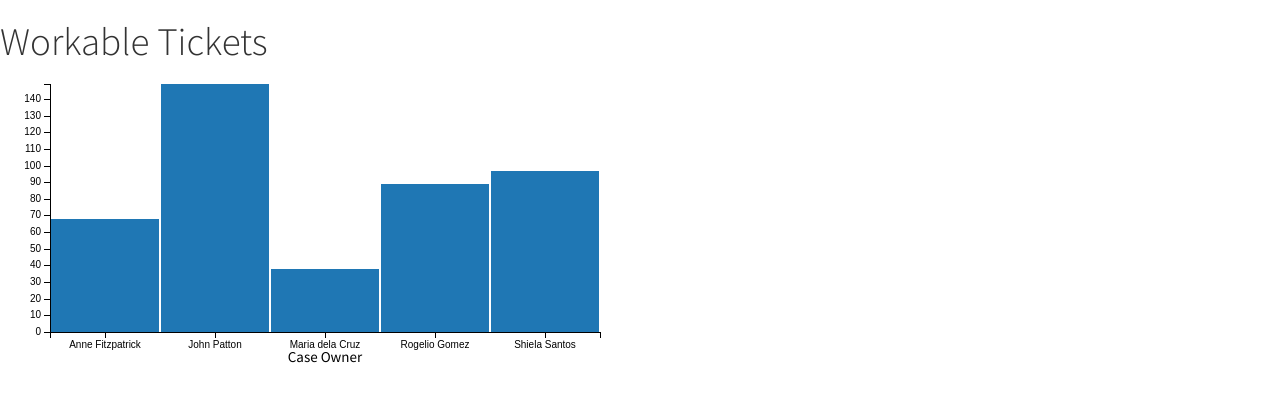
Repository: RChanco/Workable-Tickets-Dashboard
Page: index.html
The author's editor kept a record of every edit. The page is drawn from the files as they stood at one moment, then again after the next edit.
The browser window is 1280 px wide. The pictures show the whole page.

Above is the page before.

### index.html
<!DOCTYPE html>
<html lang="en">
<head>
    <meta charset="UTF-8">
    <meta name="viewport" content="width=device-width, initial-scale=1.0">
    <meta http-equiv="X-UA-Compatible" content="ie=edge">
    <title>Workable Tickets Dashboard</title>

    <link rel="stylesheet" href="static/css/bootstrap.min.css" type="text/css" />
    <link rel="stylesheet" href="static/css/dc.min.css" type="text/css" />

    <script type="text/javascript" src="static/js/d3.min.js"></script>
    <script type="text/javascript" src="static/js/crossfilter.min.js"></script>
    <script type="text/javascript" src="static/js/dc.min.js"></script>
    <script type="text/javascript" src="static/js/queue.min.js"></script>
    <script type="text/javascript" src="static/js/graph.js"></script>

</head>
<body>
    <h1>Workable Tickets</h1>


    <div id="status-selector"></div>

    <div id="case-owner"></div>

    <div id="case-country"></div>

</body>
</html>

### static/js/graph.js
queue()
    .defer(d3.csv,"data/Open_Tickets.csv")
     .await(makeGraphs);

function makeGraphs(error, ticketsData) {
    var ndx = crossfilter(ticketsData);

    show_case_owner(ndx);

    dc.renderAll();

}

function show_discipline_selector(ndx) {
    var dim = ndx.dimension(dc.pluck('status'));
    var group = dim.group();

    dc.selectMenu("#status-selector")
        .dimension(dim)
        .group(group);
}
function show_case_owner(ndx) {
    var dim = ndx.dimension(dc.pluck('CaseOwner'));
    var group = dim.group();

    dc.barChart("#case-owner")
        .width(650)
        .height(300)
        .margins({top: 10, right: 50, bottom: 30, left: 50})
        .dimension(dim)
        .group(group)
        .transitionDuration(500)
        .x(d3.scale.ordinal())
        .xUnits(dc.units.ordinal)
        .elasticY(true)
        .xAxisLabel("Case Owner")
        .yAxis().ticks(20);
}

Loaded but not shown: static/css/bootstrap.min.css (library); static/css/dc.min.css (library); static/js/d3.min.js (library); static/js/crossfilter.min.js (library); static/js/dc.min.js (library); static/js/queue.min.js (common file)

After the next edit:
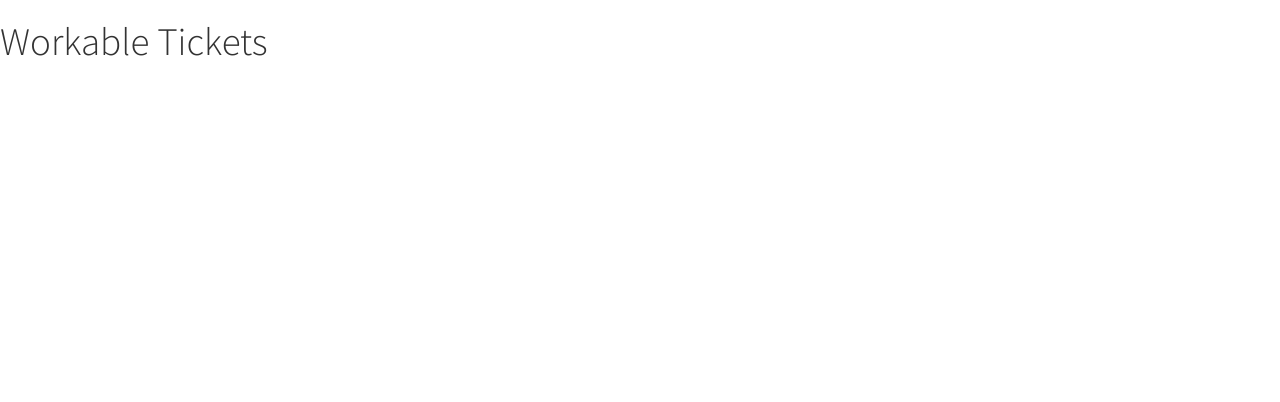
Console error: ReferenceError: show_status_selector is not defined
The edit:
--- a/static/js/graph.js
+++ b/static/js/graph.js
@@ -6,6 +6,7 @@
     var ndx = crossfilter(ticketsData);
 
     show_case_owner(ndx);
+    show_status_selector(ndx);
 
     dc.renderAll();
 

After the edit that followed:
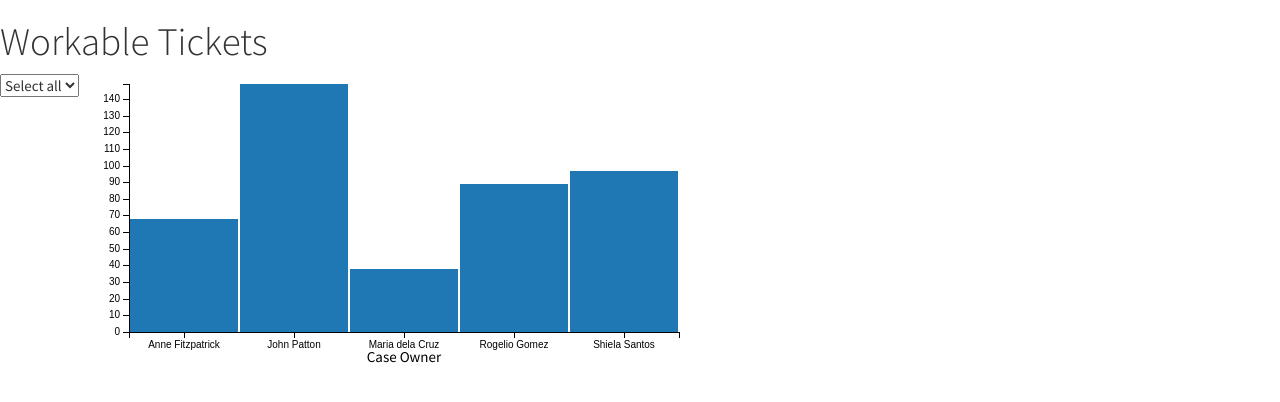
The error is gone.
The edit:
--- a/static/js/graph.js
+++ b/static/js/graph.js
@@ -12,7 +12,7 @@
 
 }
 
-function show_discipline_selector(ndx) {
+function show_status_selector(ndx) {
     var dim = ndx.dimension(dc.pluck('status'));
     var group = dim.group();
 
